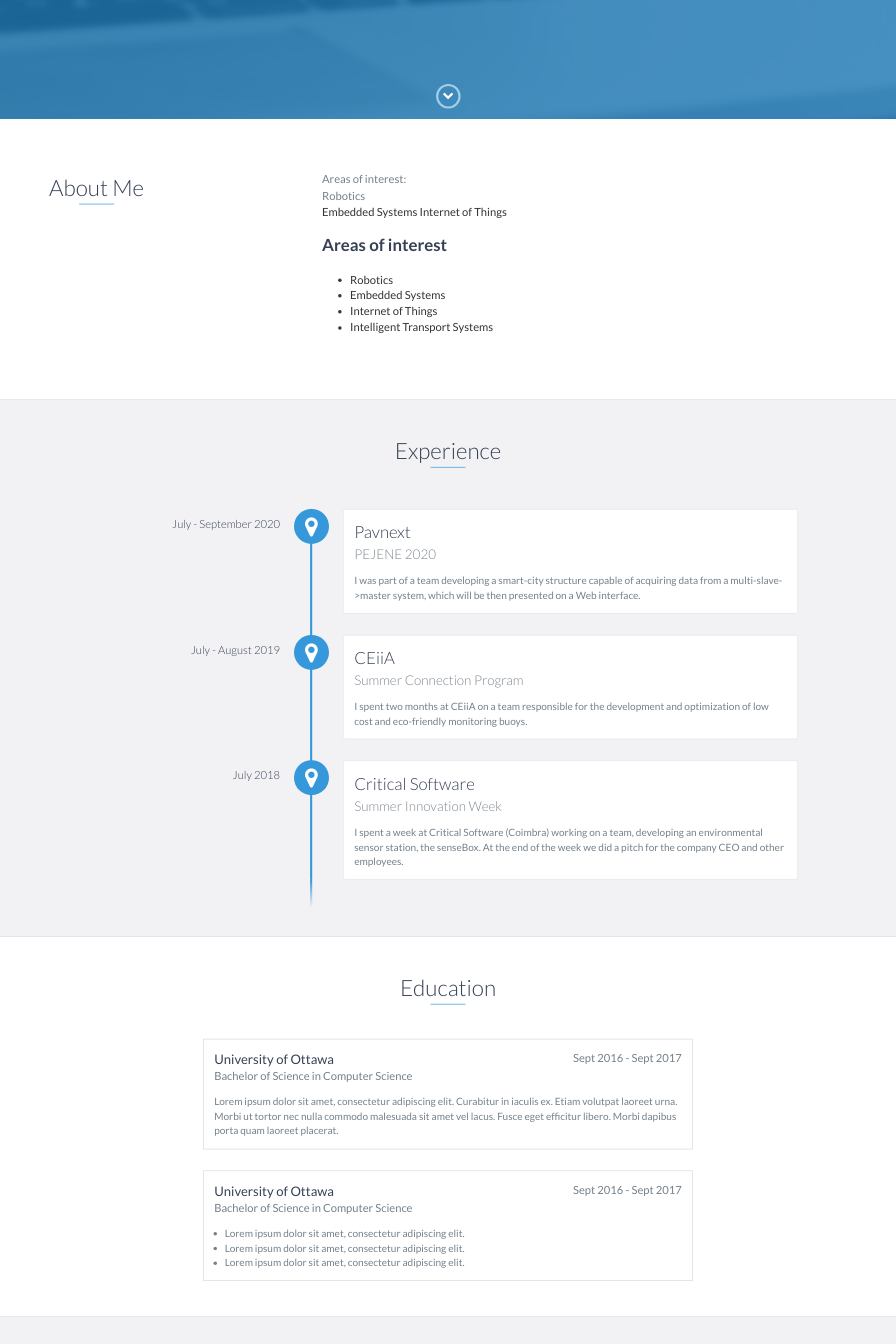
Repository: josegneto/josegneto.github.io
Page: index.html
The author's editor kept a copy of each file at every save. The page is drawn from the files as they stood at one save, then again after the next save.
The browser window is 1280 px wide. The pictures show the part of the page from y = 550 to 2470 px (the page is 4186 px tall before and 4118 px after), at 70% of full size.

Above is the page before, as saved 2021-11-30 11:22:53.

After the next save:
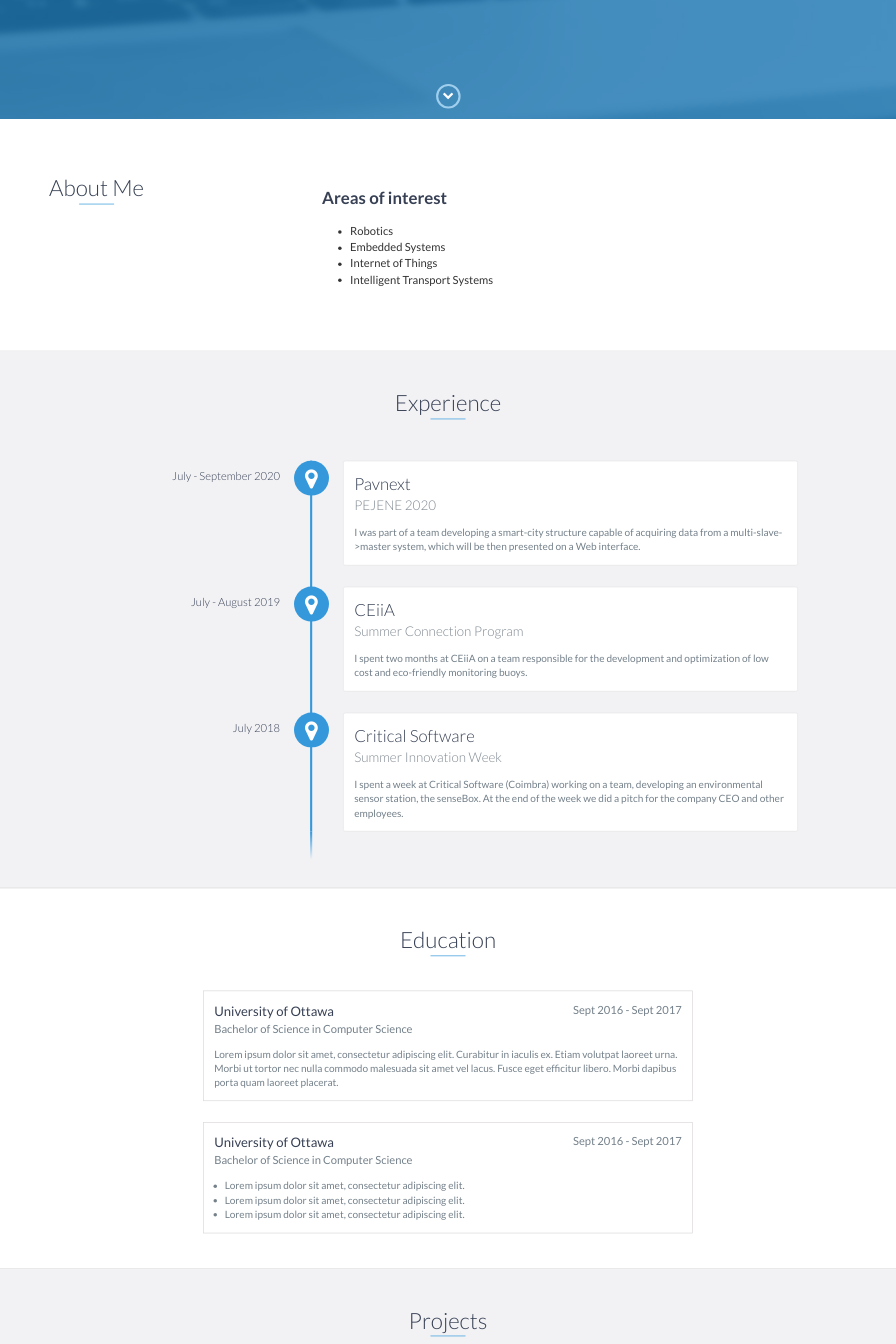
Saved 15 s later.
--- a/index.html
+++ b/index.html
@@ -72,12 +72,6 @@
                     <h2 class="heading">About Me</h2>
                 </div>
                 <div class="col-md-8">
-                    <p>
-                    Areas of interest:</p>
-                    <p>Robotics</p>
-                    Embedded Systems
-                    Internet of Things
-                    </p>
                     <h2>Areas of interest</h2>
                         <ul>
                         <li>Robotics</li>
